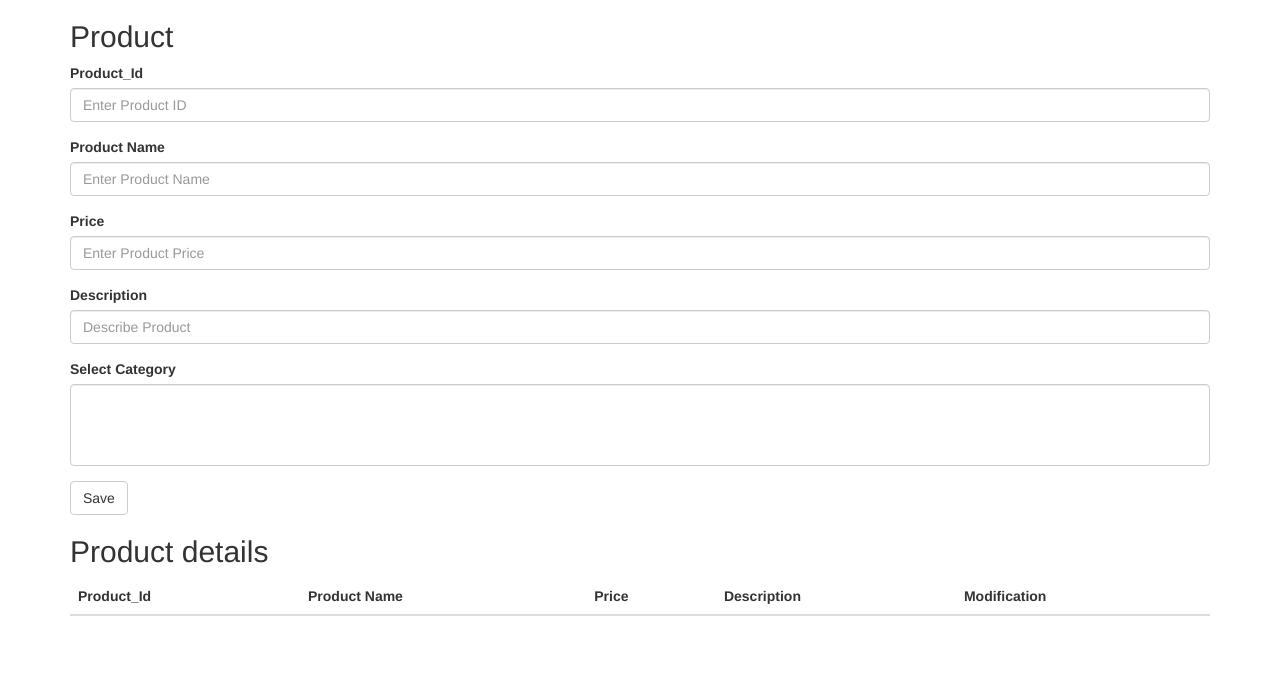
Repository: ashutosh238/S180403_404Shoppingcart
Page: http://localhost/ShoppingCartFrontEnd/WEB-INF/page/admin/product.jsp
The author's editor kept a copy of each file at every save. The page is drawn from the files as they stood at one save, then again after the next save.
The browser window is 1280 px wide. The pictures show the whole page.
The page is served by Tomcat 9. Nobody is signed in. Other server files are loaded and not shown. The template is opened directly, without the code that normally fills it, so the values that code supplies are empty.

Above is the page before, as saved 2018-05-25 08:30:53.

### ShoppingCartFrontEnd/src/main/webapp/WEB-INF/page/admin/product.jsp
<%@ page language="java" contentType="text/html; charset=ISO-8859-1"
    pageEncoding="ISO-8859-1"%>
<!DOCTYPE html PUBLIC "-//W3C//DTD HTML 4.01 Transitional//EN" "http://www.w3.org/TR/html4/loose.dtd">
<html>
<head>
<%@ taglib uri="http://java.sun.com/jsp/jstl/core" prefix="c"%>
 <title>Bootstrap Example</title>

  <meta name="viewport" content="width=device-width, initial-scale=1">
  <link rel="stylesheet" href="https://maxcdn.bootstrapcdn.com/bootstrap/3.3.7/css/bootstrap.min.css">
  <script src="https://ajax.googleapis.com/ajax/libs/jquery/3.3.1/jquery.min.js"></script>
  <script src="https://maxcdn.bootstrapcdn.com/bootstrap/3.3.7/js/bootstrap.min.js"></script>
</head>
<body>
<!-- create a form to save product -->


<div class="container">
  <h2>Product</h2>
  <form action="product/save" method="post">
    <div class="form-group">
      <label for="pid">Product_Id</label>
      <input type="text" class="form-control" id="pid" placeholder="Enter Product ID" name="id">
    </div>
    <div class="form-group">
      <label for="pname">Product Name</label>
      <input type="text" class="form-control" id="pname" placeholder="Enter Product Name" name="name">
    </div>
    <div class="form-group">
      <label for="price">Price</label>
      <input type="text" class="form-control" id="price" placeholder="Enter Product Price" name="price">
    </div>
    <div class="form-group">
      <label for="des">Description</label>
      <input type="text" class="form-control" id="des" placeholder="Describe Product" name="description">
    </div>
    <div class="form-group">
    <label for="category">Select Category</label>
    <select multiple class="form-control" id="category" name="cateoryName">
      <c:forEach var="category" items="${categories}">
<option value="${category.name}">${category.name}  </option>
</c:forEach>

    </select>
  </div>



    <button type="submit" class="btn btn-default">Save</button>
  </form>
</div>

<div class="container">
  <h2>Product details</h2>
  <table class="table">
    <thead>
      <tr>
        <th>Product_Id</th>
        <th>Product Name</th>
        <th>Price</th>
        <th>Description</th>
        <th>Modification</th>
      </tr>
    </thead>
    <tbody>
    <c:forEach var="p" items="${products}" >
      <tr>

<td>${p.id}</td>
<td>${p.name}</td>
<td>${p.description}</td>
<td>${p.price}</td>
<td>
<a href="product/delete?id=${p.id}">Delete</a> <a href="product/edit?id=${p.id}"> | Edit</a>

   </td>


 </tr>


</c:forEach>

    </tbody>
  </table>
</div>





</body>
</html>

After the next save:
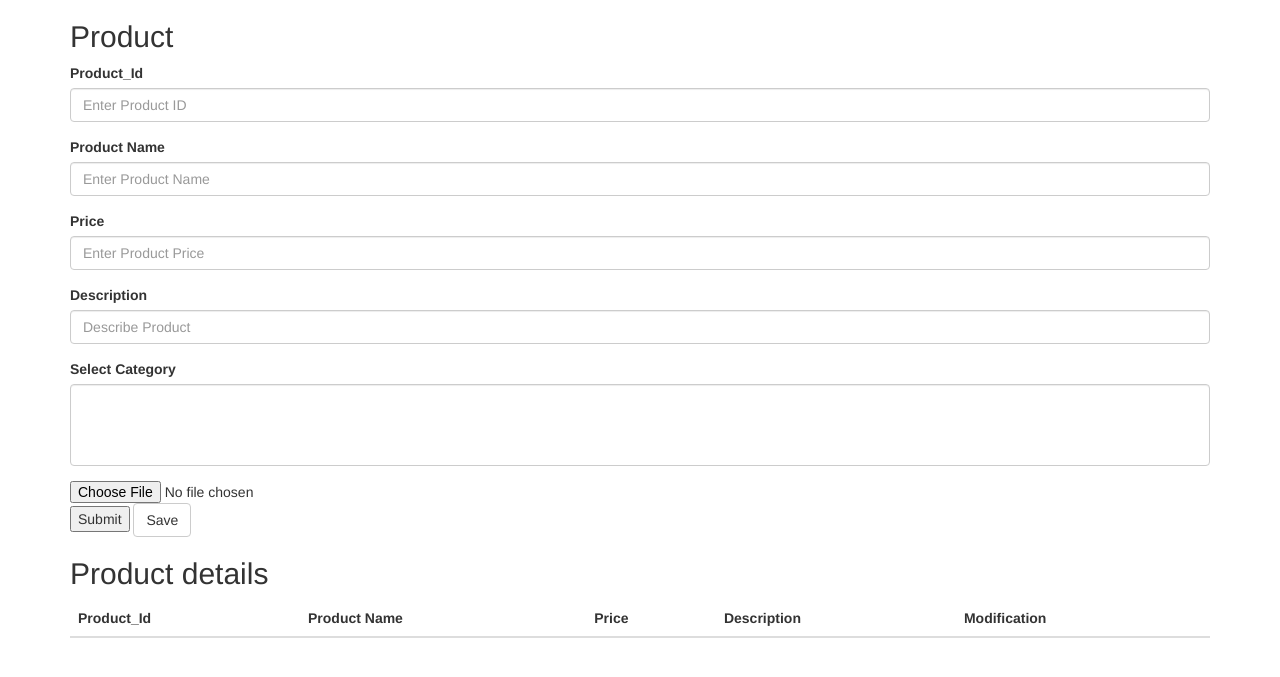
Saved 3 min 45 s later.
--- a/ShoppingCartFrontEnd/src/main/webapp/WEB-INF/page/admin/product.jsp
+++ b/ShoppingCartFrontEnd/src/main/webapp/WEB-INF/page/admin/product.jsp
@@ -43,7 +43,8 @@
 
     </select>
   </div>
-
+   <input type="file" name="pic" accept="image/*">
+  <input type="submit">
 
 
     <button type="submit" class="btn btn-default">Save</button>
